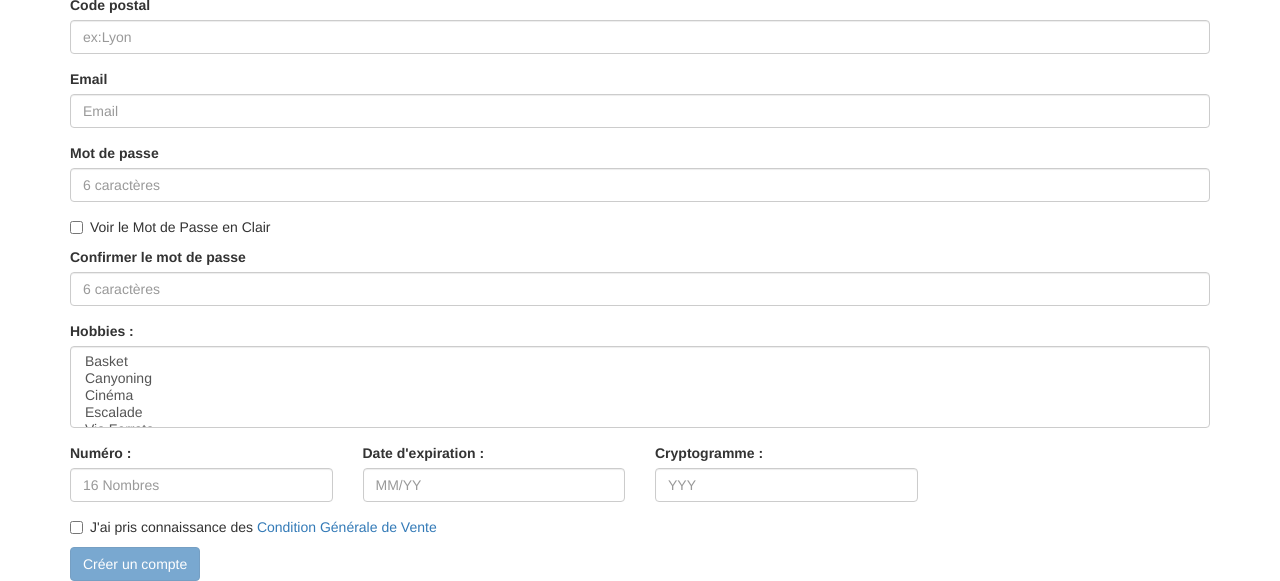
Repository: Symfomany/WildJQueryForm
Page: index.html
These files come from the project's save history. The page is drawn as it stood at one moment and after the next save; the edit follows.
The browser window is 1280 px wide. The pictures show the part of the page from y = 1113 to 1736 px (the page is 1694 px tall before and 1736 px after).
A picture or video elsewhere on the page could not be fetched, so the positions and the page height are approximate.

Above is the page before, as saved 2017-03-06 07:18:09.

After the next save:
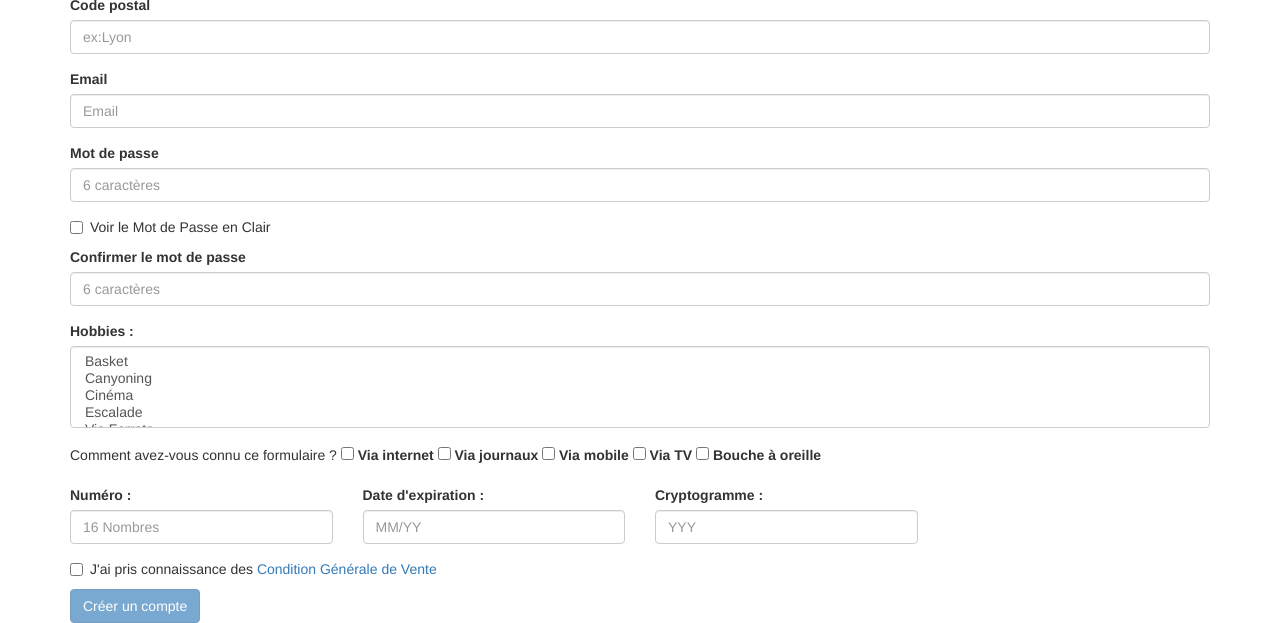
Saved 17 s later.
--- a/index.html
+++ b/index.html
@@ -167,6 +167,17 @@
         </select>
 </div>
 
+<div class="form-group">
+    <p>
+        Comment avez-vous connu ce formulaire ?
+        <input type="checkbox" name="internet" id="internet" /> <label for="internet">Via internet</label>
+        <input type="checkbox" name="journaux" id="journaux" /> <label for="journaux">Via journaux</label>
+        <input type="checkbox" name="mobile" id="mobile" /> <label for="mobile">Via mobile</label>
+        <input type="checkbox" name="tv" id="tv" /> <label for="tv">Via TV</label>
+        <input type="checkbox" name="boucheOreille" id="boucheOreille" /> <label for="boucheOreille">Bouche à oreille</label>
+    </p>
+
+</div>
 
 <div class="form-group">
     <div class="row">
